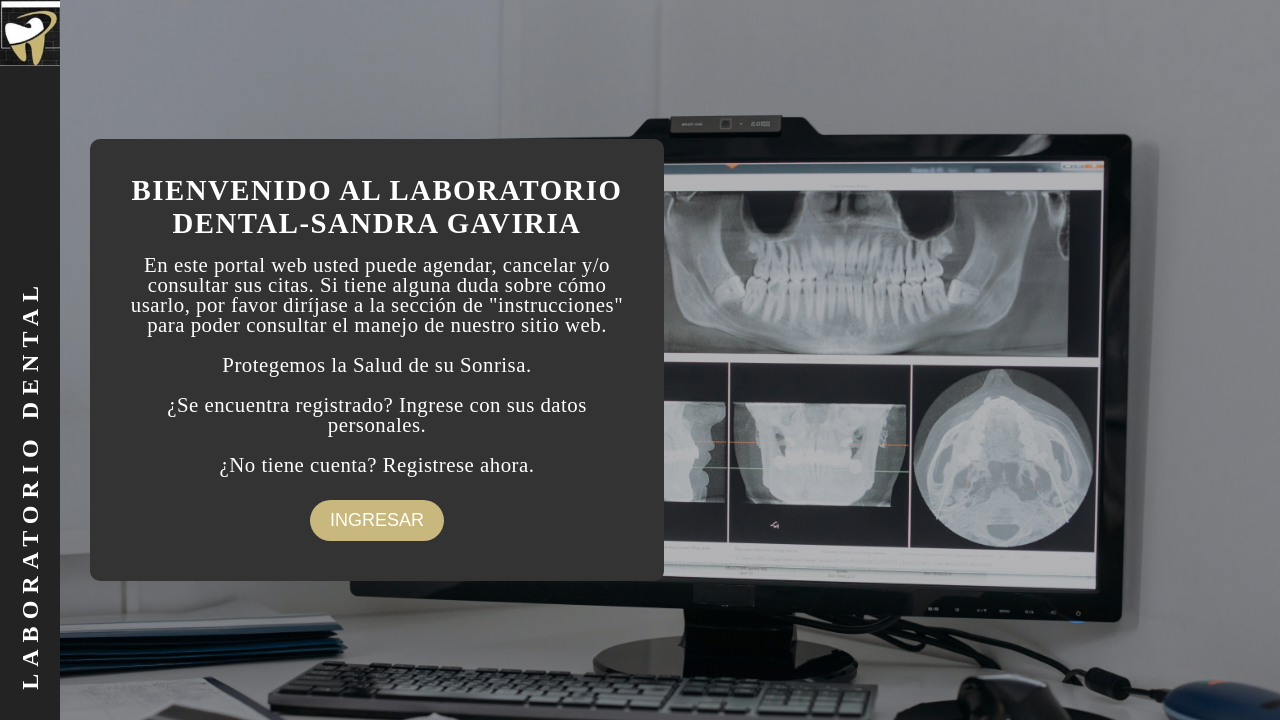
Repository: IIntef/ProyectoDental2.0
Page: Proyecto/Proyecto/Fer.html
These files come from the project's save history. The page is drawn as it stood at one moment and after the next save; the edit follows.
The browser window is 1280 px wide. The pictures show the whole page.

Above is the page before, as saved 2024-06-14 17:03:03.

### Proyecto/Proyecto/Fer.html
<!DOCTYPE html>
<html lang="en">
<head>
    <meta charset="UTF-8">
    <meta name="viewport" content="width=device-width, initial-scale=1.0">
    <title>Inicio</title>
    <link rel="stylesheet" href="StyleFer.css">
</head>
<body>
    <header>
        <img src="Logo.jpeg" alt="Logo Laboratorio Dental">
        <h1>LABORATORIO DENTAL</h1>
    </header>
    <main>
        <div class="container">
        <h2>BIENVENIDO AL LABORATORIO DENTAL-SANDRA GAVIRIA</h2>
        <P>En este portal web usted puede agendar, cancelar y/o consultar sus citas. Si tiene alguna duda sobre cómo usarlo, por favor diríjase a la sección de "instrucciones" para poder consultar el manejo de nuestro sitio web.</P>
        <p>Protegemos la Salud de su Sonrisa.</p>
        <p>¿Se encuentra registrado? Ingrese con sus datos personales.</p>
        <p>¿No tiene cuenta? Registrese ahora.</p>

        <div class="buttons">
        <button id="ingresar">INGRESAR</button>
        </div>
    </div>
    </main>
</body>
</html>

### Proyecto/Proyecto/StyleFer.css
header{
    position: relative;
    background-color: #232323;
    width: fit-content;
    height: 100vh;
    display: flex;
    flex-direction: column;
    align-items: center;
    justify-content: space-between;
    z-index: 1;
}

header h1 {
    writing-mode: vertical-rl;
    letter-spacing: 7px;
    font-size: clamp(1rem, 2.5vw, 1.5rem);
    transform: rotate(180deg);
    color: #fff;
    margin: 30px 0 ;
    font-weight: bold;
}

header img {
    width: 8vw;
    max-width: 60px;
}

main{
    width: 100%;
    justify-content:center;
    align-items: center;
    padding-left: 30px;
}

.container{
    flex: 1;
    background-color: #333;
    color: #ffffff;
    padding: 35px;
    text-align: center;
    width: 70vw;
    max-width: 70vh;
    border-radius: 10px;
}
body {
    padding: 0;
    margin: 0;
    font-family: 'Times New Roman', Times, serif, Helvetica, Arial, sans-serif;
    display: flex;
    align-items: center;
    min-height: 100%;
    background: linear-gradient(rgba(5,7,12,0.3), rgba(5,7,12,0.3)), url("Fondo.jpg"), no-repeat center center fixed;
    width: 100%;
    background-size: cover;
}

h1{
    margin: 0;
    color: white;
    font-family: 'Fredoka One';
    letter-spacing: 1.5px;
    font-size: clamp(1.5rem, 2.5vw, 2rem);
    text-align: center;
}

h2{
    margin: 0;
    color: white;
    font-family: 'Fredoka One';
    letter-spacing: 1.5px;
    font-size: clamp(1.2rem, 2.5vw, 1.8rem);
    text-align:center;
}

p{
    font-weight: 100;
    line-height: 20px;
    letter-spacing: 0.5px;
    margin: 15px 0 20px;
    font-size: clamp(1.2rem, 2.5vw, 1.3rem);
}

a{
    color: white;
    font-size: 17px;
    text-decoration: none;
    margin: 15px 3px;
}

span{
    margin-bottom: 8px;
}

.content {
    display: flex;
    flex-direction: column;
    align-items: center;
}



.buttons {
    margin-top: 20px;
    align-items: center;
}

button {
    font-size: large;
    background-color: #c8b87d;
    color: #ffffff;
    border: none;
    padding: 10px 20px;
    margin: 5px;
    cursor: pointer;
    border-radius: 30px; /* Bordes redondos */
    transition: background-color 0.3s; /* Transición suave del color de fondo */
}

button:hover {
    background-color: #e0d4a0; /* Cambia el color al pasar el cursor */
}

.image-container {
    display: none; /* Oculta el contenedor de imagen */
}

After the next save:
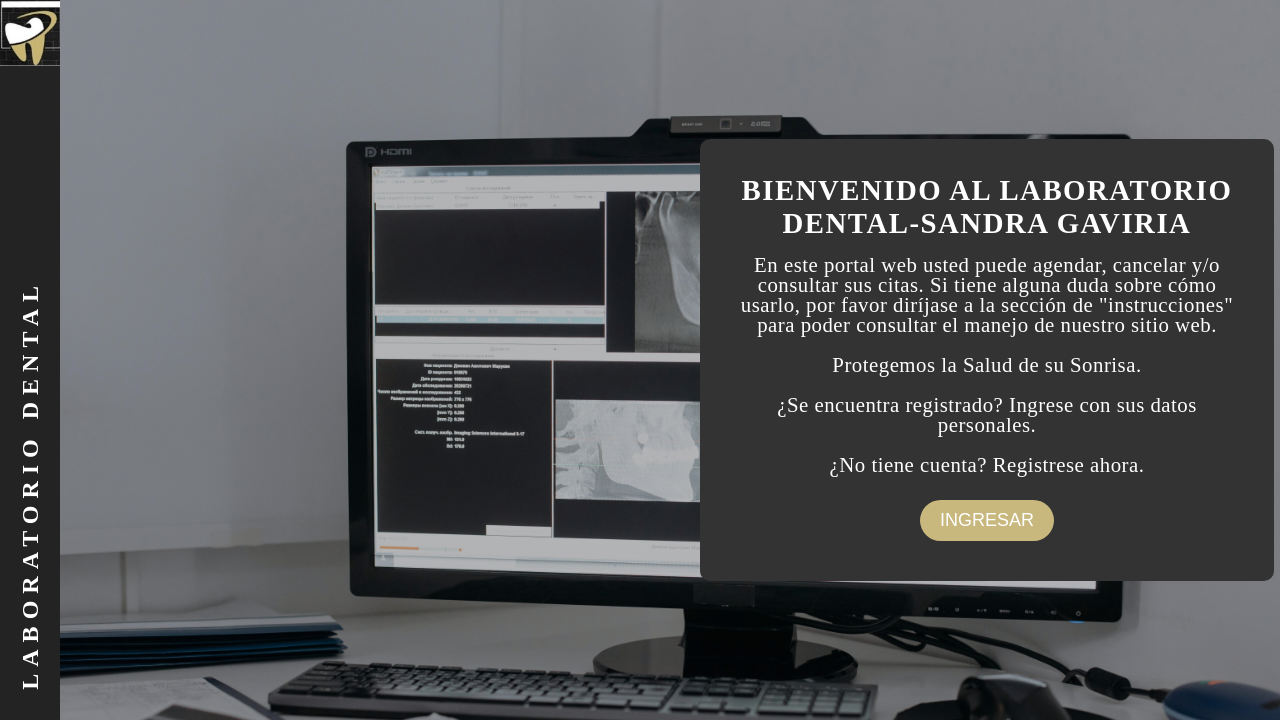
Saved 8 s later.
--- a/Proyecto/Proyecto/StyleFer.css
+++ b/Proyecto/Proyecto/StyleFer.css
@@ -29,7 +29,7 @@ main{
     width: 100%;
     justify-content:center;
     align-items: center;
-    padding-left: 30px;
+    padding-left: 50%;
 }
 
 .container{
